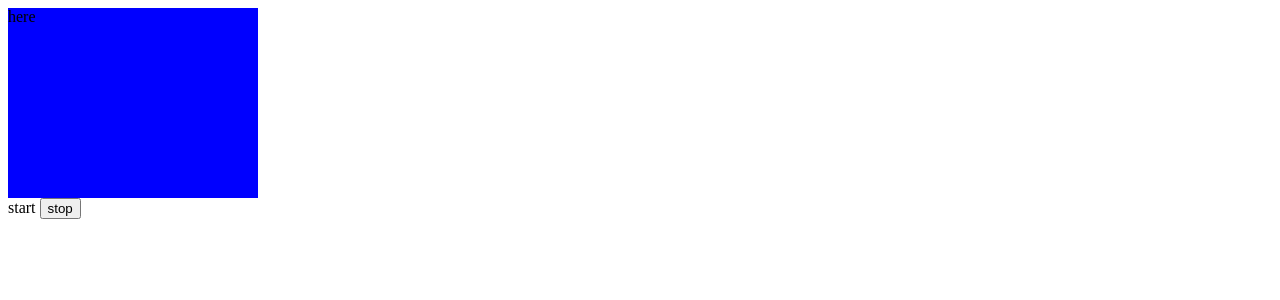
Repository: PoojaShirwaikar/BlockhainTest
Page: javascript/JQueryDemo/WebContent/queue.html
The author's editor kept a copy of each file at every save. The page is drawn from the files as they stood at one save, then again after the next save.
The browser window is 1280 px wide. The pictures show the whole page.
Some web libraries are served in a nearby version.

Above is the page before, as saved 2017-11-14 08:56:18.

After the next save:
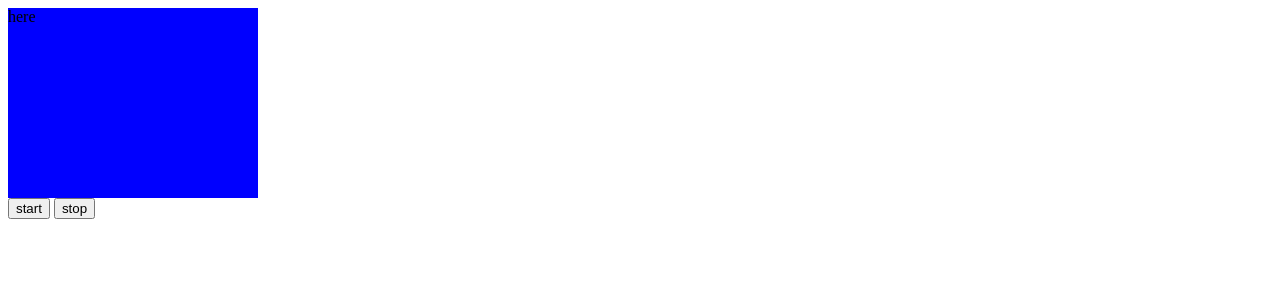
Saved 5 s later.
--- a/javascript/JQueryDemo/WebContent/queue.html
+++ b/javascript/JQueryDemo/WebContent/queue.html
@@ -19,7 +19,7 @@ div {
 </head>
 <body>
 	<div>here</div>
-	<buttonid-"start">start</button>
+	<button id="start">start</button>
 	<button>stop</button>
 
 </body>
